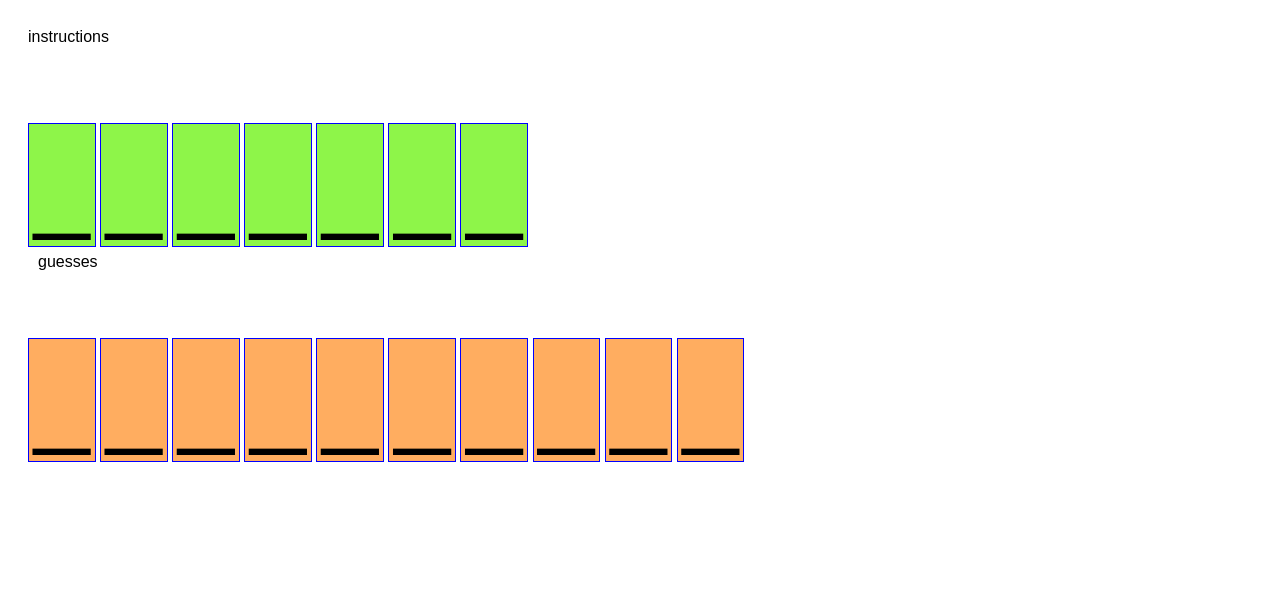
Repository: dsaftler/JavaScript
Page: index.html
An editor plug-in stored every save of this project. The page is shown before and after the next save, followed by the edit.
The browser window is 1280 px wide. The pictures show the whole page.

Above is the page before, as saved 2019-03-28 16:58:46.

After the next save:
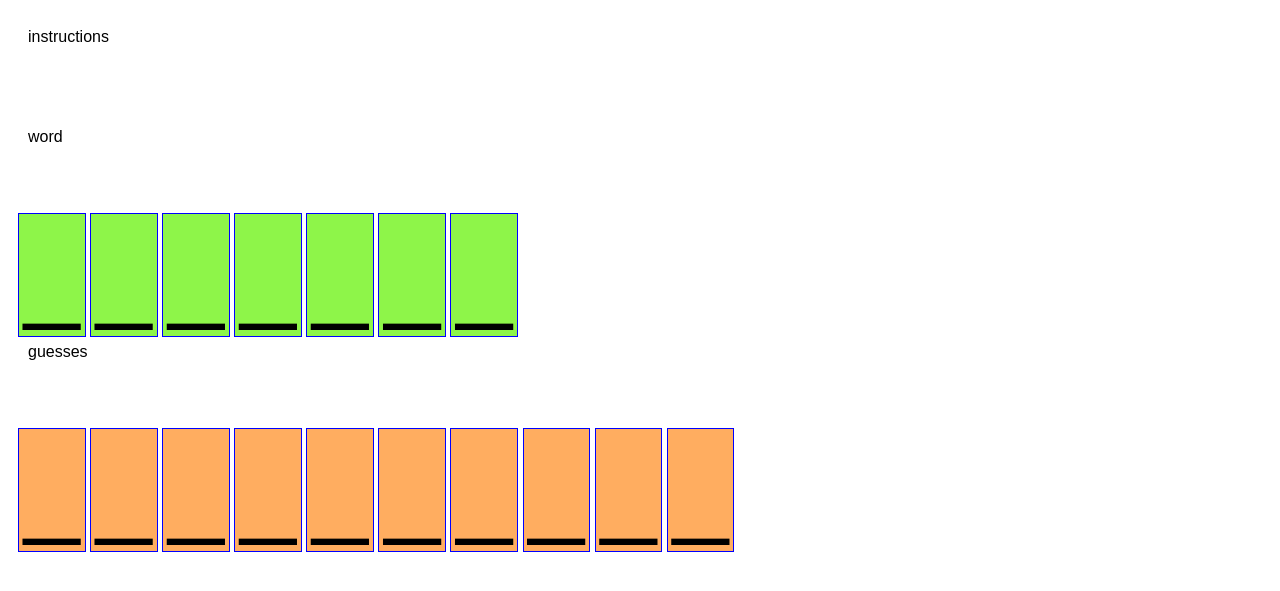
Saved 59 s later.
--- a/index.html
+++ b/index.html
@@ -11,7 +11,7 @@
 <body>
     <div class="container showtext">
         <div class="instructions showtext">instructions</div>
-        <div class="word showtext">
+        <div class="word showtext">word</div>
          <div class="letter match" id="chr_0">_</div>
          <div class="letter match" id="chr_1">_</div>
          <div class="letter match" id="chr_2">_</div>
